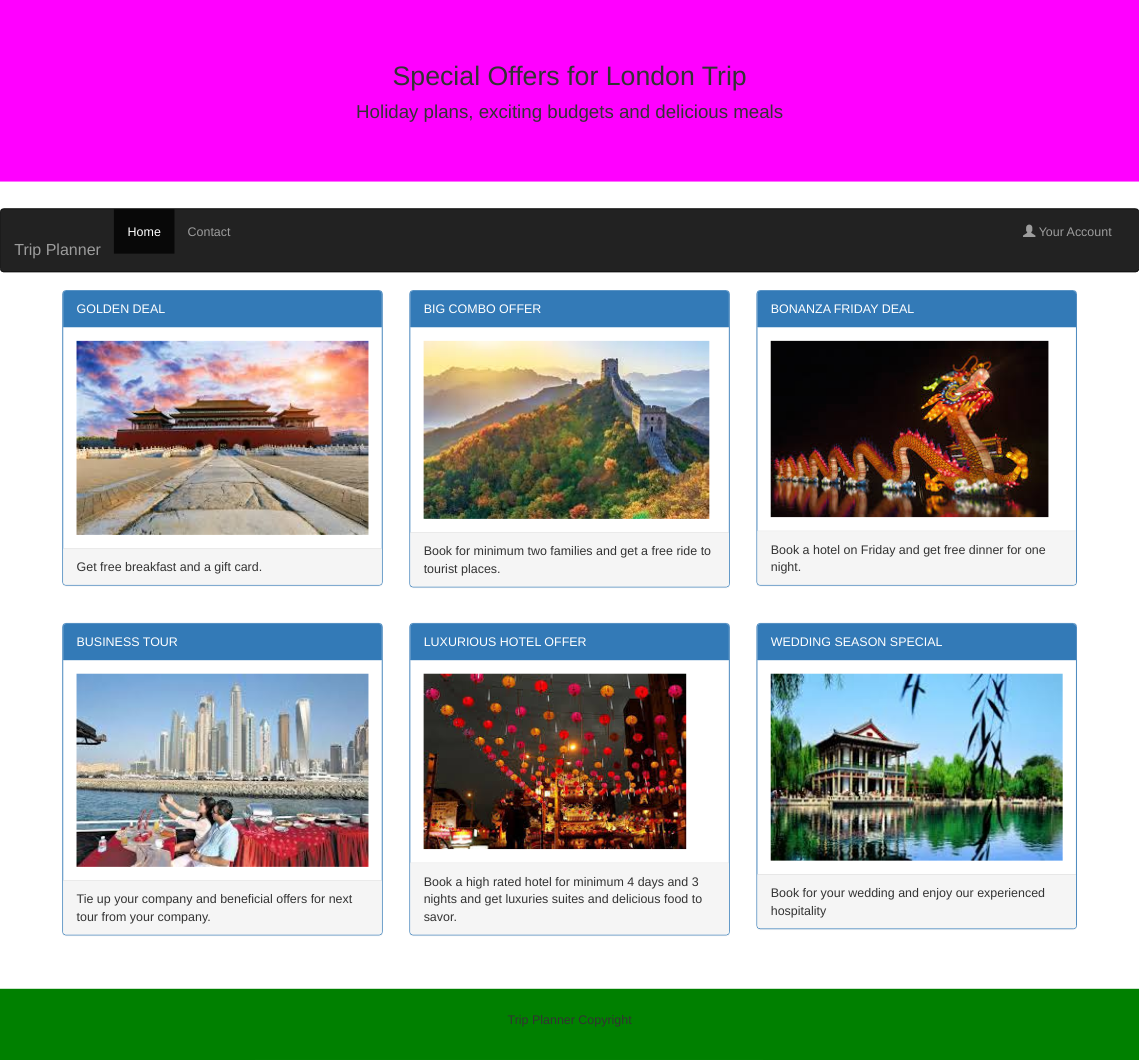
Repository: NanSin21/Mytourism-Website
Page: http://localhost/toursandtravelsmanagement/TripPlaces/CustomerChina.jsp
The author's editor kept a copy of each file at every save. The page is drawn from the files as they stood at one save, then again after the next save.
The browser window is 1280 px wide. The pictures show the whole page, at 89% of full size.
The page is served by Tomcat 9.

Above is the page before, as saved 2018-07-27 05:41:52.

After the next save:
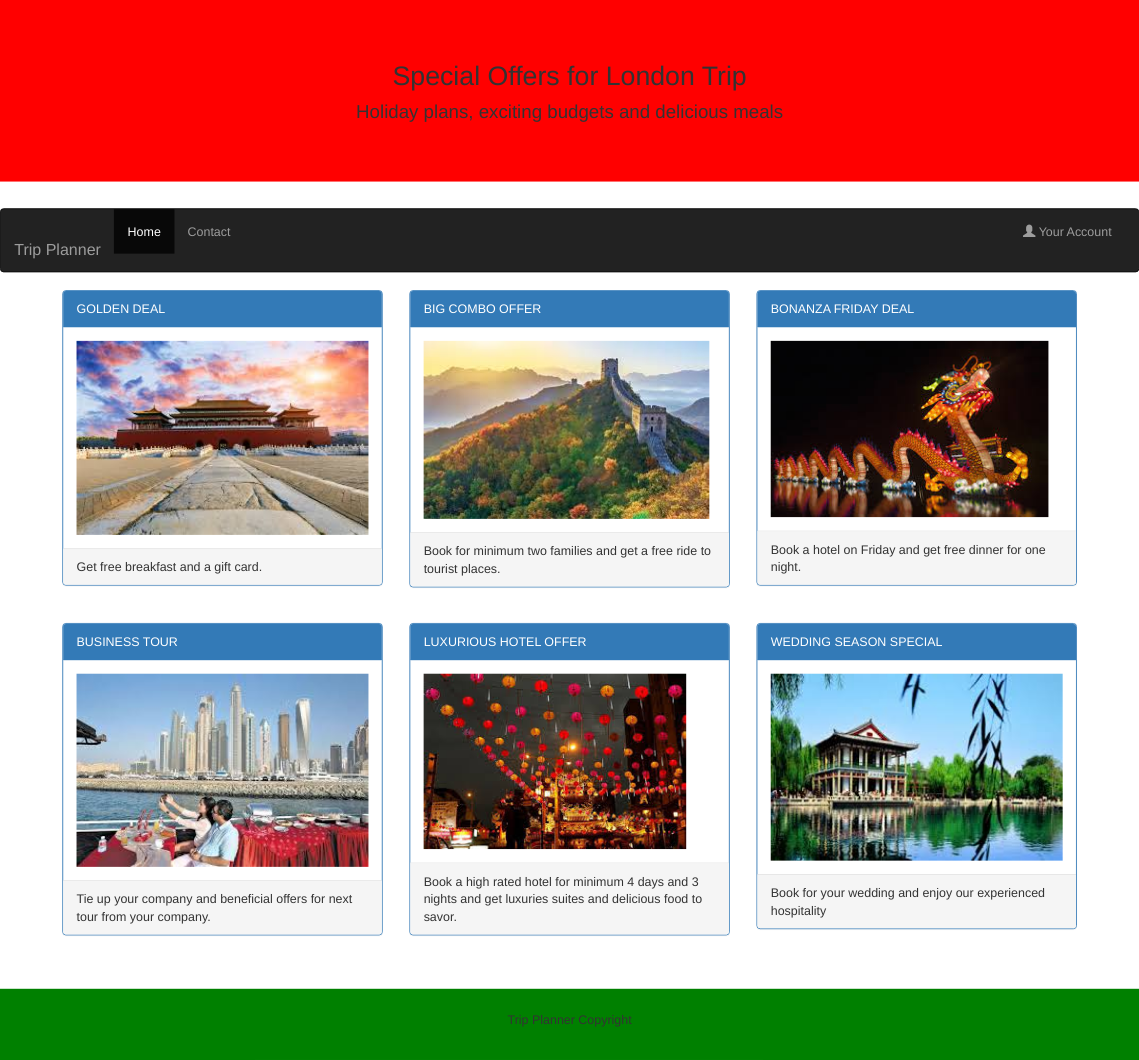
Saved 54 s later.
--- a/toursandtravelsmanagement/WebContent/TripPlaces/CustomerChina.jsp
+++ b/toursandtravelsmanagement/WebContent/TripPlaces/CustomerChina.jsp
@@ -26,7 +26,7 @@
 </head>
 <body>
 
-<div class="jumbotron" style="background-color: fuchsia;">
+<div class="jumbotron" style="background-color: red;">
   <div class="container text-center" >
    <h2>Special Offers for London Trip</h2>
      <p>Holiday plans, exciting budgets and delicious meals</p>
